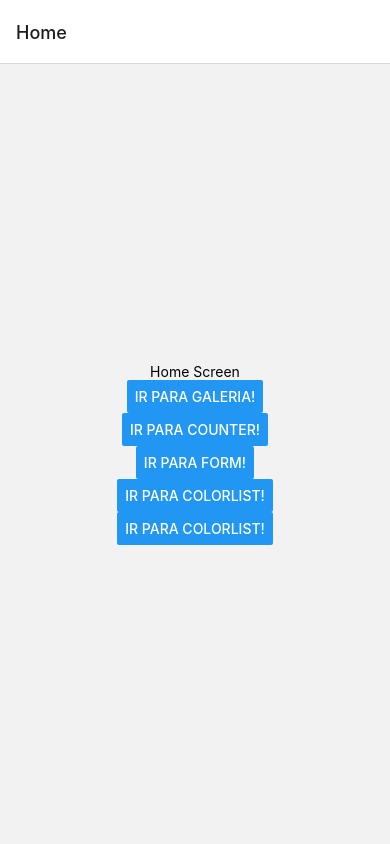
Repository: DS151-UFPR-2023/DS151_Israel-De-Quadros_EX4
Screen: /
These files come from the project's save history. The screen is drawn as it stood at one moment and after the next save; the edit follows.
The app was drawn by React Native's web renderer in a window 390 px wide. The project was rebuilt for these pictures with package versions that can differ from the ones it lists, and the page was loaded fresh each time. Also part of the build but not shown: src/components/style.js, src/components/title/index.js, src/components/result/index.js, src/components/form/index.js, src/components/main/index.js, src/components/novoComponente/index.js, src/components/counterScreen.js, src/components/ColorList.js and 1 more.

Above is the screen before, as saved 2023-09-08 18:35:17.

After the next save:
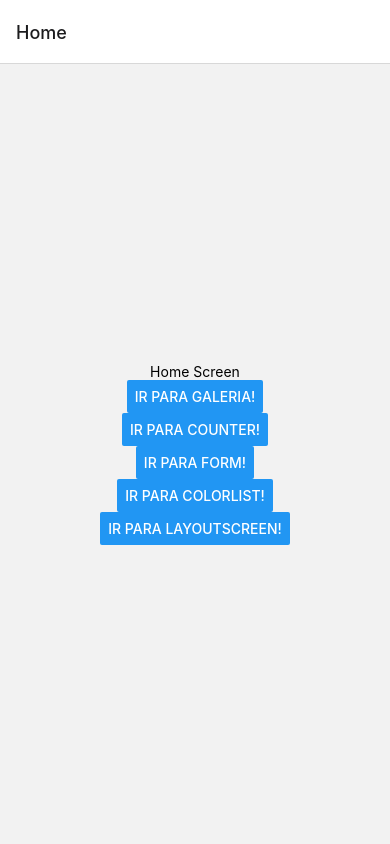
Saved 52 s later.
--- a/src/HomeScreen.js
+++ b/src/HomeScreen.js
@@ -17,7 +17,7 @@ function HomeScreen({ navigation }) {
             <Button title="Ir para ColorList!"
                 onPress={() => navigation.navigate('ColorList')}
             />
-            <Button title="Ir para ColorList!"
+            <Button title="Ir para LayoutScreen!"
                 onPress={() => navigation.navigate('LayoutScreen')}
             />
         </View>
